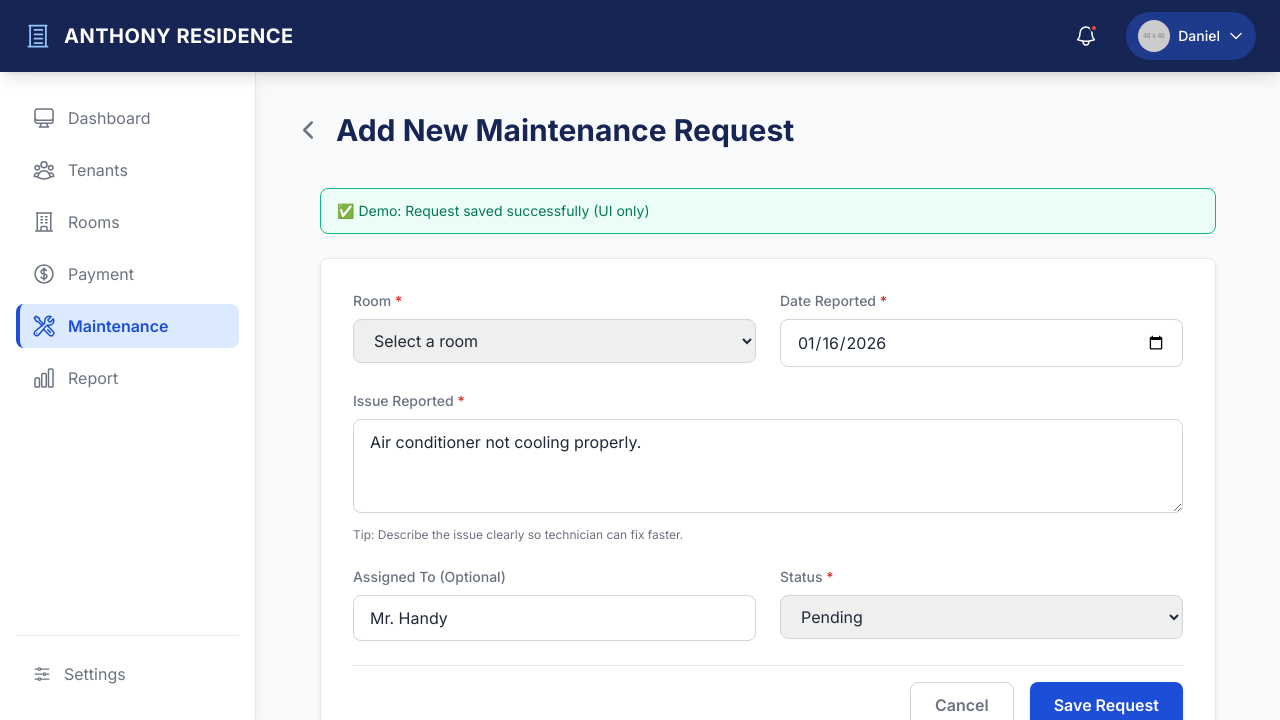
Repository: phyronsoftware-project/Room_Rental_Management_System
Page: http://localhost/maintenance/create
An editor plug-in stored every save of this project. The page is shown before and after the next save, followed by the edit.
The browser window is 1280 px wide. The pictures show the whole page.
An inner scrolling area shows only its first screen. Some web libraries are served in a nearby version. The page is served by the project's Laravel application, run on PHP 8.4 with Laravel 12. Other server files are loaded and not shown.

Above is the page before, as saved 2026-01-16 21:42:17.

### routes/web.php
<?php

use App\Http\Controllers\admin\Dashboard;
use App\Http\Controllers\admin\Maintenance;
use App\Http\Controllers\admin\Payments;
use App\Http\Controllers\admin\Report;
use App\Http\Controllers\admin\Rooms;
use App\Http\Controllers\admin\Settings;
use App\Http\Controllers\admin\Tanants;
use Illuminate\Support\Facades\Route;

Route::get('/', [Dashboard::class, 'index'])->name('dashboard.index');
Route::get('/tanants', [Tanants::class, 'index'])->name('tanants.index');
Route::get('/rooms', [Rooms::class, 'index'])->name('rooms.index');
Route::get('/payments', [Payments::class, 'index'])->name('payments.index');


Route::get('/maintenance', [Maintenance::class, 'index'])->name('maintenance.index');
Route::get('/maintenance/create', [Maintenance::class, 'createblade'])->name('maintenance.createblade');




Route::get('/reports', [Report::class, 'index'])->name('reports.index');

Route::get('/settings', [Settings::class, 'index'])->name('settings.index');

### app/Http/Controllers/admin/Maintenance.php
<?php

namespace App\Http\Controllers\admin;

use App\Http\Controllers\Controller;
use Illuminate\Http\Request;

class Maintenance extends Controller
{
    public function index()
    {
        return view(view: 'maintenance.maintenance');
    }
    public function createblade(){
        return view(view: 'maintenance.maintenance_create');
    }
}

### resources/views/maintenance/maintenance_create.blade.php
{{-- resources/views/dashboard.blade.php --}}
@extends('layouts.app')

@section('title', 'Maintenance Create')

@php
    // ✅ Sidebar highlight (UI only)
    $active_page = 'dashboard';

    // ✅ Fake admin name for UI
    $admin_name = 'Daniel';

    // ✅ Fake rooms (UI only)
    $fake_rooms = [
        ['room_id' => 1, 'room_number' => '101', 'floor' => 'Floor 1'],
        ['room_id' => 2, 'room_number' => '102', 'floor' => 'Floor 1'],
        ['room_id' => 3, 'room_number' => '201', 'floor' => 'Floor 2'],
        ['room_id' => 4, 'room_number' => '305', 'floor' => 'Floor 3'],
    ];
@endphp

@section('content')
    <main class="flex-1 overflow-y-auto bg-base">
        <div class="flex items-center gap-4 m-10">
            <a href="{{ route('maintenance.index') }}" class="text-text-mid hover:text-primary transition-colors"
                aria-label="Back">
                <svg xmlns="http://www.w3.org/2000/svg" fill="none" viewBox="0 0 24 24" stroke-width="2.5"
                    stroke="currentColor" class="size-6">
                    <path stroke-linecap="round" stroke-linejoin="round" d="M15.75 19.5 8.25 12l7.5-7.5" />
                </svg>
            </a>

            <div>
                <h1 class="text-3xl font-bold text-primary-dark">Add New Maintenance Request</h1>
            </div>
        </div>
        <div class=" max-w-4xl mx-auto">

            {{-- Header --}}


            {{-- ✅ Fake Alert (UI only) --}}
            <div class="mb-6 px-4 py-3 rounded-lg text-sm bg-success-light border border-success-dark text-emerald-700">
                ✅ Demo: Request saved successfully (UI only)
            </div>

            {{-- Form Card --}}
            <div class="bg-light rounded-lg shadow-md border border-gray-200 p-8">
                {{-- UI only: no action, no backend --}}
                <form action="javascript:void(0)" method="POST" class="space-y-6" onsubmit="return false;">

                    <div class="grid grid-cols-1 md:grid-cols-2 gap-6">
                        {{-- Room --}}
                        <div>
                            <label for="room_id" class="block text-sm font-medium text-text-mid mb-2">
                                Room <span class="text-danger-dark">*</span>
                            </label>

                            <select id="room_id" name="room_id"
                                class="w-full border border-gray-300 rounded-lg px-4 py-2.5 focus:outline-none focus:ring-2 focus:ring-primary/50"
                                required>
                                <option value="">Select a room</option>

                                {{-- ✅ Fake rooms (Blade only, no backend) --}}
                                @foreach ($fake_rooms as $room)
                                    <option value="{{ $room['room_id'] }}">
                                        Room {{ $room['room_number'] }} ({{ $room['floor'] }})
                                    </option>
                                @endforeach
                            </select>
                        </div>

                        {{-- Date Reported --}}
                        <div>
                            <label for="date_reported" class="block text-sm font-medium text-text-mid mb-2">
                                Date Reported <span class="text-danger-dark">*</span>
                            </label>
                            <input type="date" id="date_reported" name="date_reported"
                                value="{{ now()->toDateString() }}"
                                class="w-full border border-gray-300 rounded-lg px-4 py-2.5 focus:outline-none focus:ring-2 focus:ring-primary/50"
                                required />
                        </div>
                    </div>

                    {{-- Issue --}}
                    <div>
                        <label for="issue_reported" class="block text-sm font-medium text-text-mid mb-2">
                            Issue Reported <span class="text-danger-dark">*</span>
                        </label>
                        <textarea id="issue_reported" name="issue_reported" rows="3"
                            class="w-full border border-gray-300 rounded-lg px-4 py-2.5 focus:outline-none focus:ring-2 focus:ring-primary/50"
                            placeholder="e.g., Leaky faucet in bathroom" required>Air conditioner not cooling properly.</textarea>

                        <div class="mt-2 text-xs text-text-mid">
                            Tip: Describe the issue clearly so technician can fix faster.
                        </div>
                    </div>

                    <div class="grid grid-cols-1 md:grid-cols-2 gap-6">
                        {{-- Assigned To --}}
                        <div>
                            <label for="assigned_to" class="block text-sm font-medium text-text-mid mb-2">
                                Assigned To (Optional)
                            </label>
                            <input type="text" id="assigned_to" name="assigned_to" value="Mr. Handy"
                                class="w-full border border-gray-300 rounded-lg px-4 py-2.5 focus:outline-none focus:ring-2 focus:ring-primary/50"
                                placeholder="e.g., Mr. Handy" />
                        </div>

                        {{-- Status --}}
                        <div>
                            <label for="status" class="block text-sm font-medium text-text-mid mb-2">
                                Status <span class="text-danger-dark">*</span>
                            </label>
                            <select id="status" name="status"
                                class="w-full border border-gray-300 rounded-lg px-4 py-2.5 focus:outline-none focus:ring-2 focus:ring-primary/50"
                                required>
                                <option value="Pending" selected>Pending</option>
                                <option value="In Progress">In Progress</option>
                                <option value="Completed">Completed</option>
                            </select>
                        </div>
                    </div>

                    {{-- Actions --}}
                    <div class="flex justify-end gap-4 pt-4 border-t border-gray-200">
                        <a href="#"
                            class="px-6 py-2.5 border border-gray-300 text-text-mid font-semibold rounded-lg hover:bg-gray-50 transition-colors">
                            Cancel
                        </a>

                        {{-- UI only button --}}
                        <button type="button" onclick="fakeSave()"
                            class="px-6 py-2.5 bg-primary text-white font-semibold rounded-lg shadow-md hover:bg-primary-dark transition-colors">
                            Save Request
                        </button>
                    </div>
                </form>
            </div>

            {{-- ✅ UI only toast --}}
            <div id="fakeToast"
                class="hidden fixed bottom-6 right-6 bg-light border border-gray-200 shadow-lg rounded-xl px-4 py-3 text-sm">
                ✅ Saved (UI only)
            </div>

        </div>
    </main>

    {{-- UI only JS --}}
    <script>
        function fakeSave() {
            const t = document.getElementById('fakeToast');
            t.classList.remove('hidden');
            setTimeout(() => t.classList.add('hidden'), 1800);
        }
    </script>
@endsection

### resources/views/layouts/app.blade.php
{{-- resources/views/layouts/app.blade.php --}}
<!DOCTYPE html>
<html lang="en">

<head>
    <meta charset="UTF-8" />
    <meta name="viewport" content="width=device-width, initial-scale=1.0" />
    <title>@yield('title', 'Dashboard')</title>

    {{-- Tailwind CDN --}}
    <script src="https://cdn.tailwindcss.com"></script>

    {{-- <link rel="stylesheet" href="{{ asset('admin.css') }}"> --}}
    {{-- Google Fonts --}}
    <link rel="preconnect" href="https://fonts.googleapis.com">
    <link rel="preconnect" href="https://fonts.gstatic.com" crossorigin>
    <link href="https://fonts.googleapis.com/css2?family=Inter:wght@400;500;600;700&display=swap" rel="stylesheet">

    <link href="https://fonts.googleapis.com/css2?family=Bebas+Neue&display=swap" rel="stylesheet" />

    {{-- Tailwind Config --}}
    <script>
        tailwind.config = {
            theme: {
                extend: {

                    fontFamily: {
                        sans: ["Inter", "sans-serif"],
                        bebas: ["Bebas Neue", "cursive"],
                    },
                    colors: {
                        "primary-dark": "#172554",
                        primary: "#1d4ed8",
                        "primary-light": "#dbeafe",
                        light: "#ffffff",
                        base: "#f9fafb",
                        "text-dark": "#1f2937",
                        "text-mid": "#6b7280",
                        "warning-dark": "#f59e0b",
                        "warning-light": "#fef3c7",
                        "success-dark": "#10b981",
                        "success-light": "#ecfdf5",
                        "danger-dark": "#dc2626",
                        "danger-light": "#fee2e2",
                        accent: "#a16207",
                        facebook: "#1877F2",
                        linkedin: "#0A66C2",
                        telegram: "#24A1DE",
                        gmail: "#EA4335",
                        youtube: "#FF0000",
                    },
                    textShadow: {
                        custom: "1px 1px 3px rgba(0, 0, 0, 0.1)"
                    },
                },
            },
            plugins: [
                function({
                    addUtilities,
                    theme,
                    e
                }) {
                    const newUtilities = {};
                    Object.entries(theme("textShadow")).forEach(([key, value]) => {
                        newUtilities[`.${e(`text-shadow-${key}`)}`] = {
                            textShadow: value
                        };
                    });
                    addUtilities(newUtilities);
                },
            ],
        };
    </script>

    <style>
        body {
            font-family: "Inter", sans-serif;
        }

        ::-webkit-scrollbar {
            width: 6px;
        }

        ::-webkit-scrollbar-track {
            background: #f1f1f1;
        }

        ::-webkit-scrollbar-thumb {
            background: #cbd5e1;
            border-radius: 6px;
        }

        ::-webkit-scrollbar-thumb:hover {
            background: #a0aec0;
        }

        .nav-link.active {
            background-color: #dbeafe;
            color: #1d4ed8;
            font-weight: 600;
            border-left: 4px solid #1d4ed8;
            padding-left: calc(1rem - 4px);
        }
    </style>

    @stack('head')
</head>

<body class="bg-base text-text-dark">
    <div class="flex flex-col h-screen">

        {{-- ✅ Header --}}
        @include('partials.header', [
            'admin_name' => $admin_name ?? 'Daniel',
        ])

        <div class="flex flex-1 overflow-hidden">

            {{-- ✅ Sidebar --}}
            @include('partials.sidebar', [
                'active_page' => $active_page ?? '',
            ])

            {{-- ✅ Main Content --}}
            <main class="flex-1 overflow-y-auto bg-base">
                @yield('content')
            </main>

        </div>
    </div>

    {{-- Dropdown Script --}}
    <script>
        document.addEventListener("DOMContentLoaded", function() {
            const userMenuButton = document.getElementById("user-menu-button");
            const userMenu = document.getElementById("user-menu");

            if (userMenuButton && userMenu) {
                userMenuButton.addEventListener("click", function(event) {
                    event.stopPropagation();
                    userMenu.classList.toggle("hidden");
                });

                window.addEventListener("click", function(event) {
                    if (!userMenu.classList.contains("hidden") &&
                        !userMenu.contains(event.target) &&
                        !userMenuButton.contains(event.target)
                    ) {
                        userMenu.classList.add("hidden");
                    }
                });
            }
        });
    </script>

    @stack('scripts')
</body>

</html>

### resources/views/partials/header.blade.php
{{-- resources/views/partials/header.blade.php --}}
<nav class="bg-primary-dark text-white flex justify-between items-center px-6 py-3 shadow-lg z-20">
    <div class="flex items-center gap-3">
        <svg class="w-7 h-7 text-blue-300" xmlns="http://www.w3.org/2000/svg" fill="none" viewBox="0 0 24 24" stroke-width="1.5" stroke="currentColor">
            <path stroke-linecap="round" stroke-linejoin="round" d="M3.75 21h16.5M4.5 3h15M5.25 3v18m13.5-18v18M9 6.75h6.75M9 10.5h6.75M9 14.25h6.75M9 18h6.75" />
        </svg>
        <span class="text-xl font-bold tracking-wide">ANTHONY RESIDENCE</span>
    </div>

    <div class="flex items-center gap-5">
        <button class="relative p-2 rounded-full hover:bg-blue-900 focus:outline-none focus:ring-2 focus:ring-offset-2 focus:ring-offset-primary-dark focus:ring-white">
            <span class="sr-only">View notifications</span>
            <svg class="w-6 h-6" xmlns="http://www.w3.org/2000/svg" fill="none" viewBox="0 0 24 24" stroke-width="1.5" stroke="currentColor">
                <path stroke-linecap="round" stroke-linejoin="round" d="M14.857 17.082a23.848 23.848 0 005.454-1.31A8.967 8.967 0 0118 9.75v-.7V9A6 6 0 006 9v.75a8.967 8.967 0 01-2.312 6.022c1.733.64 3.56 1.085 5.455 1.31m5.714 0a24.255 24.255 0 01-5.714 0m5.714 0a3 3 0 11-5.714 0" />
            </svg>
            <span class="absolute top-2 right-2 w-2 h-2 bg-red-500 rounded-full border-2 border-primary-dark"></span>
        </button>

        <div class="relative">
            <button id="user-menu-button" class="flex items-center gap-2 bg-blue-900 px-3 py-2 rounded-full text-sm font-medium hover:bg-blue-800 focus:outline-none focus:ring-2 focus:ring-offset-2 focus:ring-offset-primary-dark focus:ring-white">
                <img class="w-8 h-8 rounded-full" src="https://placehold.co/40x40/60A5FA/FFF?text=D" alt="User avatar" />
                <span>{{ $admin_name ?? 'Daniel' }}</span>
                <svg class="w-4 h-4" xmlns="http://www.w3.org/2000/svg" fill="none" viewBox="0 0 24 24" stroke-width="2" stroke="currentColor">
                    <path stroke-linecap="round" stroke-linejoin="round" d="M19.5 8.25l-7.5 7.5-7.5-7.5" />
                </svg>
            </button>

            <div id="user-menu" class="absolute right-0 mt-2 w-48 bg-light rounded-md shadow-lg py-1 border border-gray-200 z-30 hidden transition-all duration-300 ease-in-out" role="menu" aria-orientation="vertical" aria-labelledby="user-menu-button">
                <a href="{{ url('/profile') }}" class="block px-4 py-2 text-sm text-text-dark hover:bg-base" role="menuitem">Your Profile</a>
                <a href="{{ url('/settings') }}" class="block px-4 py-2 text-sm text-text-dark hover:bg-base" role="menuitem">Settings</a>
                <hr class="border-gray-200 my-1" />
                <a href="{{ url('/logout') }}" class="block px-4 py-2 text-sm text-danger-dark hover:bg-danger-light" role="menuitem">Sign out</a>
            </div>
        </div>
    </div>
</nav>

### resources/views/partials/sidebar.blade.php
{{-- resources/views/partials/sidebar.blade.php --}}
<aside class="w-64 bg-light shadow-lg border-r border-gray-200 flex flex-col z-10 overflow-y-auto">
    <nav class="mt-6 px-4 flex-1">
        <ul class="space-y-2">
            <li>
                <a href="{{ route('dashboard.index') }}"
                    class="nav-link {{ request()->routeIs('dashboard.*') ? 'active' : '' }} flex items-center gap-3 px-4 py-2.5 rounded-lg text-text-mid hover:bg-primary-light hover:text-primary transition-all">
                    <svg xmlns="http://www.w3.org/2000/svg" fill="none" viewBox="0 0 24 24" stroke-width="1.5"
                        stroke="currentColor" class="size-6">
                        <path stroke-linecap="round" stroke-linejoin="round"
                            d="M9 17.25v1.007a3 3 0 0 1-.879 2.122L7.5 21h9l-.621-.621A3 3 0 0 1 15 18.257V17.25m6-12V15a2.25 2.25 0 0 1-2.25 2.25H5.25A2.25 2.25 0 0 1 3 15V5.25m18 0A2.25 2.25 0 0 0 18.75 3H5.25A2.25 2.25 0 0 0 3 5.25m18 0V12a2.25 2.25 0 0 1-2.25 2.25H5.25A2.25 2.25 0 0 1 3 12V5.25" />
                    </svg>
                    <span>Dashboard</span>
                </a>
            </li>

            <li>
                <a href="{{ route('tanants.index') }}"
                    class="nav-link {{ request()->routeIs('tanants.*') ? 'active' : '' }} flex items-center gap-3 px-4 py-2.5 rounded-lg text-text-mid hover:bg-primary-light hover:text-primary transition-all">
                    <svg xmlns="http://www.w3.org/2000/svg" fill="none" viewBox="0 0 24 24" stroke-width="1.5"
                        stroke="currentColor" class="size-6">
                        <path stroke-linecap="round" stroke-linejoin="round"
                            d="M18 18.72a9.094 9.094 0 0 0 3.741-.479 3 3 0 0 0-4.682-2.72m.94 3.198.001.031c0 .225-.012.447-.037.666A11.944 11.944 0 0 1 12 21c-2.17 0-4.207-.576-5.963-1.584A6.062 6.062 0 0 1 6 18.719m12 0a5.971 5.971 0 0 0-.941-3.197m0 0A5.995 5.995 0 0 0 12 12.75a5.995 5.995 0 0 0-5.058 2.772m0 0a3 3 0 0 0-4.681 2.72 8.986 8.986 0 0 0 3.74.477m.94-3.197a5.971 5.971 0 0 0-.94 3.197M15 6.75a3 3 0 1 1-6 0 3 3 0 0 1 6 0Zm6 3a2.25 2.25 0 1 1-4.5 0 2.25 2.25 0 0 1 4.5 0Zm-13.5 0a2.25 2.25 0 1 1-4.5 0 2.25 2.25 0 0 1 4.5 0Z" />
                    </svg>
                    <span>Tenants</span>
                </a>
            </li>

            <li>
                <a href="{{ route('rooms.index') }}"
                    class="nav-link {{ request()->routeIs('rooms.*') ? 'active' : '' }} flex items-center gap-3 px-4 py-2.5 rounded-lg text-text-mid hover:bg-primary-light hover:text-primary transition-all">
                    <svg xmlns="http://www.w3.org/2000/svg" fill="none" viewBox="0 0 24 24" stroke-width="1.5"
                        stroke="currentColor" class="size-6">
                        <path stroke-linecap="round" stroke-linejoin="round"
                            d="M3.75 21h16.5M4.5 3h15M5.25 3v18m13.5-18v18M9 6.75h1.5m-1.5 3h1.5m-1.5 3h1.5m3-6H15m-1.5 3H15m-1.5 3H15M9 21v-3.375c0-.621.504-1.125 1.125-1.125h3.75c.621 0 1.125.504 1.125 1.125V21" />
                    </svg>
                    <span>Rooms</span>
                </a>
            </li>

            <li>
                <a href="{{ route('payments.index') }}"
                    class="nav-link {{ request()->routeIs('payments.*') ? 'active' : '' }} flex items-center gap-3 px-4 py-2.5 rounded-lg text-text-mid hover:bg-primary-light hover:text-primary transition-all">
                    <svg xmlns="http://www.w3.org/2000/svg" fill="none" viewBox="0 0 24 24" stroke-width="1.5"
                        stroke="currentColor" class="size-6">
                        <path stroke-linecap="round" stroke-linejoin="round"
                            d="M12 6v12m-3-2.818.879.659c1.171.879 3.07.879 4.242 0 1.172-.879 1.172-2.303 0-3.182C13.536 12.219 12.768 12 12 12c-.725 0-1.45-.22-2.003-.659-1.106-.879-1.106-2.303 0-3.182s2.9-.879 4.006 0l.415.33M21 12a9 9 0 1 1-18 0 9 9 0 0 1 18 0Z" />
                    </svg>
                    <span>Payment</span>
                </a>
            </li>

            <li>
                <a href="{{ route('maintenance.index') }}"
                    class="nav-link {{ request()->routeIs('maintenance.*') ? 'active' : '' }} flex items-center gap-3 px-4 py-2.5 rounded-lg text-text-mid hover:bg-primary-light hover:text-primary transition-all">
                    <svg xmlns="http://www.w3.org/2000/svg" fill="none" viewBox="0 0 24 24" stroke-width="1.5"
                        stroke="currentColor" class="size-6">
                        <path stroke-linecap="round" stroke-linejoin="round"
                            d="M11.42 15.17 17.25 21A2.652 2.652 0 0 0 21 17.25l-5.877-5.877M11.42 15.17l2.496-3.03c.317-.384.74-.626 1.208-.766M11.42 15.17l-4.655 5.653a2.548 2.548 0 1 1-3.586-3.586l6.837-5.63m5.108-.233c.55-.164 1.163-.188 1.743-.14a4.5 4.5 0 0 0 4.486-6.336l-3.276 3.277a3.004 3.004 0 0 1-2.25-2.25l3.276-3.276a4.5 4.5 0 0 0-6.336 4.486c.091 1.076-.071 2.264-.904 2.95l-.102.085m-1.745 1.437L5.909 7.5H4.5L2.25 3.75l1.5-1.5L7.5 4.5v1.409l4.26 4.26m-1.745 1.437 1.745-1.437m6.615 8.206L15.75 15.75M4.867 19.125h.008v.008h-.008v-.008Z" />
                    </svg>
                    <span>Maintenance</span>
                </a>
            </li>

            <li>
                <a href="{{ route('reports.index') }}"
                    class="nav-link {{ request()->routeIs('reports.*') ? 'active' : '' }} flex items-center gap-3 px-4 py-2.5 rounded-lg text-text-mid hover:bg-primary-light hover:text-primary transition-all">
                    <svg xmlns="http://www.w3.org/2000/svg" fill="none" viewBox="0 0 24 24" stroke-width="1.5"
                        stroke="currentColor" class="size-6">
                        <path stroke-linecap="round" stroke-linejoin="round"
                            d="M3 13.125C3 12.504 3.504 12 4.125 12h2.25c.621 0 1.125.504 1.125 1.125v6.75C7.5 20.496 6.996 21 6.375 21h-2.25A1.125 1.125 0 0 1 3 19.875v-6.75ZM9.75 8.625c0-.621.504-1.125 1.125-1.125h2.25c.621 0 1.125.504 1.125 1.125v11.25c0 .621-.504 1.125-1.125 1.125h-2.25a1.125 1.125 0 0 1-1.125-1.125V8.625ZM16.5 4.125c0-.621.504-1.125 1.125-1.125h2.25C20.496 3 21 3.504 21 4.125v15.75c0 .621-.504 1.125-1.125 1.125h-2.25a1.125 1.125 0 0 1-1.125-1.125V4.125Z" />
                    </svg>
                    <span>Report</span>
                </a>
            </li>
        </ul>
    </nav>

    <div class="px-4 pb-6">
        <hr class="border-gray-200 mb-4" />
        <a href="{{ route('settings.index') }}"
            class="nav-link {{ request()->routeIs('settings.*') ? 'active' : '' }} flex items-center gap-3 px-4 py-2.5 rounded-lg text-text-mid hover:bg-primary-light hover:text-primary transition-all">
            <svg class="w-5 h-5" xmlns="http://www.w3.org/2000/svg" fill="none" viewBox="0 0 24 24"
                stroke-width="1.5" stroke="currentColor">
                <path stroke-linecap="round" stroke-linejoin="round"
                    d="M10.5 6h9.75M10.5 6a1.5 1.5 0 11-3 0m3 0a1.5 1.5 0 10-3 0M3.75 6H7.5m3 12h9.75m-9.75 0a1.5 1.5 0 01-3 0m3 0a1.5 1.5 0 00-3 0m-3.75 0H7.5m9-6h3.75m-3.75 0a1.5 1.5 0 01-3 0m3 0a1.5 1.5 0 00-3 0m-9.75 0h9.75" />
            </svg>
            <span>Settings</span>
        </a>
    </div>
</aside>

Loaded but not shown: app/Http/Controllers/Controller.php (common file)

After the next save:
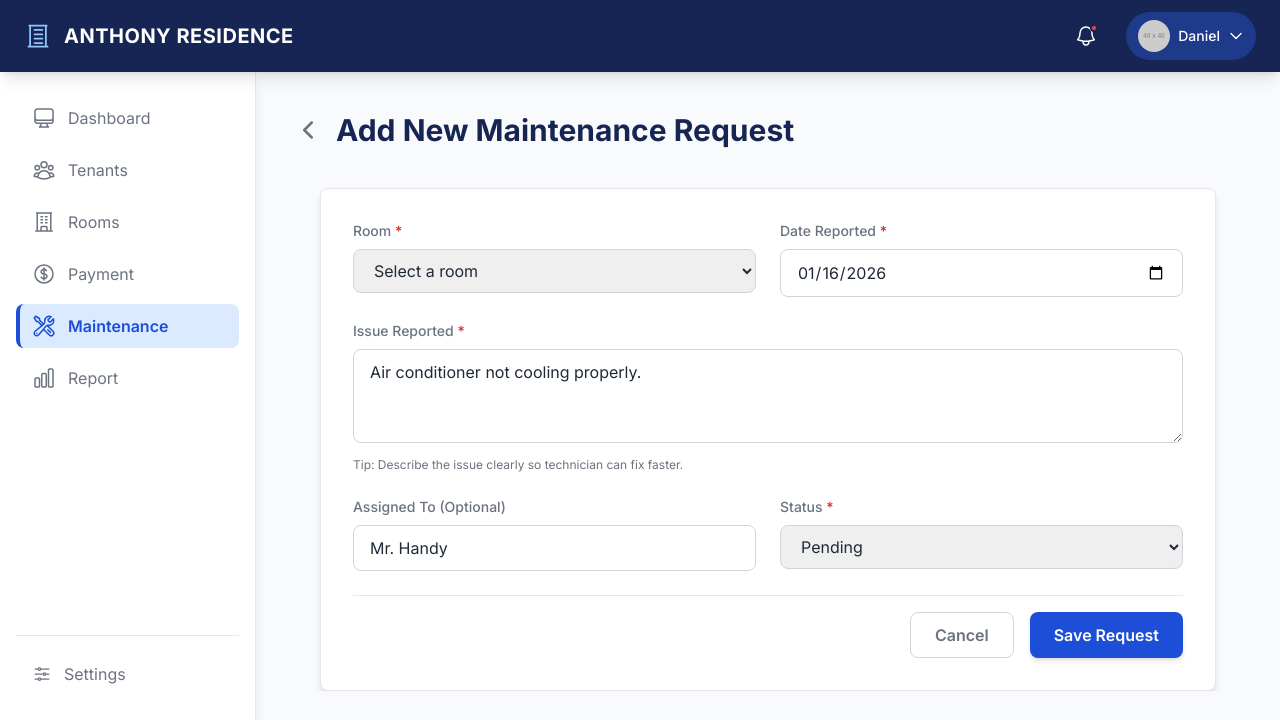
Saved 38 s later.
--- a/resources/views/maintenance/maintenance_create.blade.php
+++ b/resources/views/maintenance/maintenance_create.blade.php
@@ -40,9 +40,9 @@
 
 
             {{-- ✅ Fake Alert (UI only) --}}
-            <div class="mb-6 px-4 py-3 rounded-lg text-sm bg-success-light border border-success-dark text-emerald-700">
+            {{-- <div class="mb-6 px-4 py-3 rounded-lg text-sm bg-success-light border border-success-dark text-emerald-700">
                 ✅ Demo: Request saved successfully (UI only)
-            </div>
+            </div> --}}
 
             {{-- Form Card --}}
             <div class="bg-light rounded-lg shadow-md border border-gray-200 p-8">
